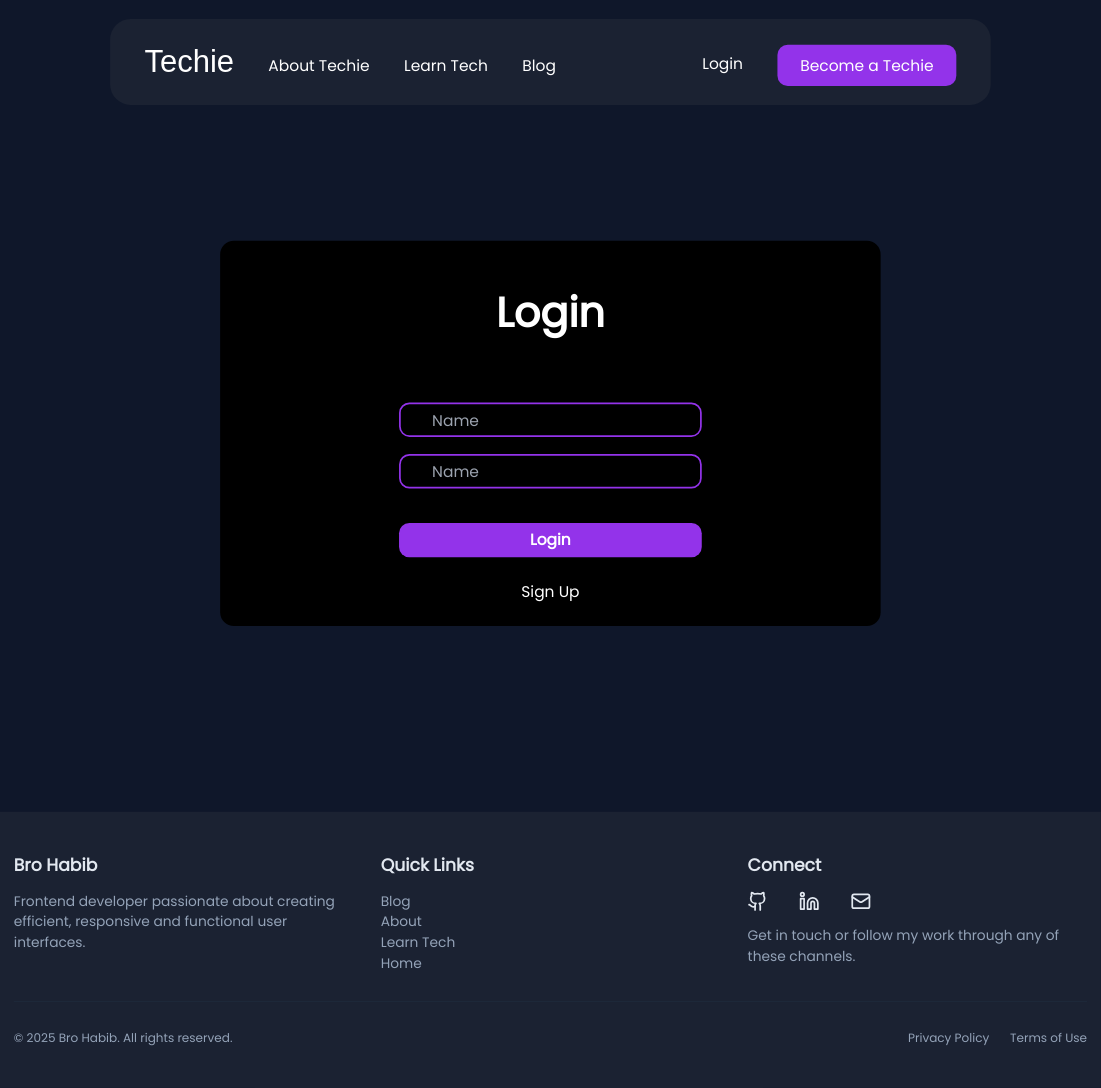
Repository: asadullah48/data-fetch
Page: /login
The author's editor kept a copy of each file at every save. The page is drawn from the files as they stood at one save, then again after the next save.
The browser window is 1280 px wide. The pictures show the whole page, at 86% of full size.
Some web fonts or font styles are not loaded; a fallback is used. The project was rebuilt for these pictures with package versions that can differ from the ones it lists, and the page was loaded fresh each time. The framework's server and built-in components were replaced by stand-ins that run in the browser. Also part of the build but not shown: next.config.mjs.

Above is the page before, as saved 2025-01-15 12:55:27.

### src/app/layout.tsx
import type { Metadata } from "next";
import localFont from "next/font/local";
import "./globals.css";
import Navbar from "@/components/Navbar";
import { Poppins } from "next/font/google"
import Footer from "@/components/Footer";


const poppins = Poppins({
  subsets: ['latin'],
  weight: '400'
})

const geistSans = localFont({
  src: "./fonts/GeistVF.woff",
  variable: "--font-geist-sans",
  weight: "100 900",
});
const geistMono = localFont({
  src: "./fonts/GeistMonoVF.woff",
  variable: "--font-geist-mono",
  weight: "100 900",
});

export const metadata: Metadata = {
  title: "Data Fetching",
  description: "Data Fetching in a CSR and SSR",
};

export default function RootLayout({
  children,
}: Readonly<{
  children: React.ReactNode;
}>) {
  return (
    <html lang="en">
      <body
        className={`${geistSans.variable} ${geistMono.variable} ${poppins.className} bg-[#0f172a] text-white antialiased overflow-x-hidden`}
      >
        <Navbar />
        {children}
        <Footer/>
      </body>
    </html>
  );
}

### src/app/login/page.tsx
import Link from "next/link";

export default function LoginPage() {
    return (
        <div className="w-screen h-screen flex items-center justify-center  text-white ">
            <div className="flex flex-col justify-center items-center w-[300px]
            min-[600px]:w-[60%]  bg-black p-5 rounded-2xl">

                <h1 className="text-5xl text-white font-extrabold mt-10 mb-20">Login</h1>
                <form className="w-full flex flex-col justify-center items-center">
                    {/* inputs */}
                    <div className="w-full flex flex-col justify-center items-center gap-5">
                        <input id="name" type="text" name="name" placeholder="Name" className="outline-none bg-transparent w-[85%] md:w-[352px] h-[40px] border-[2px] border-PrimaryPurple rounded-xl text-white text-lg pl-[5%]" />

                        <input id="name" type="text" name="name" placeholder="Name" className="outline-none bg-transparent w-[85%] md:w-[352px] h-[40px] border-[2px] border-PrimaryPurple rounded-xl text-white text-lg pl-[5%]" />
                    </div>

                    {/* buttons */}
                    <div className="w-full flex flex-col justify-center items-center gap-5 mt-10">
                        <button type="submit" className="w-[90%] md:w-[352px] h-[40px] bg-PrimaryPurple text-white  md:text-lg font-bold rounded-xl">
                            Login
                        </button>

                        <Link href={"/signup"} className="w-[90%] md:w-[352px] ">
                            <button className="w-full  h-[40px] bg-StrongBlue text-white text-sm md:text-lg  rounded-xl">
                                Sign Up
                            </button>
                        </Link>
                    </div>
                </form>
            </div>
        </div>
    )
}

### src/app/globals.css
@tailwind base;
@tailwind components;
@tailwind utilities;

body {
  font-family: Arial, Helvetica, sans-serif;
}

@layer utilities {
  .text-balance {
    text-wrap: balance;
  }
}

@layer base {
  :root {
    --background: 0 0% 100%;
    --foreground: 20 14.3% 4.1%;
    --card: 0 0% 100%;
    --card-foreground: 20 14.3% 4.1%;
    --popover: 0 0% 100%;
    --popover-foreground: 20 14.3% 4.1%;
    --primary: 24 9.8% 10%;
    --primary-foreground: 60 9.1% 97.8%;
    --secondary: 60 4.8% 95.9%;
    --secondary-foreground: 24 9.8% 10%;
    --muted: 60 4.8% 95.9%;
    --muted-foreground: 25 5.3% 44.7%;
    --accent: 60 4.8% 95.9%;
    --accent-foreground: 24 9.8% 10%;
    --destructive: 0 84.2% 60.2%;
    --destructive-foreground: 60 9.1% 97.8%;
    --border: 20 5.9% 90%;
    --input: 20 5.9% 90%;
    --ring: 20 14.3% 4.1%;
    --chart-1: 12 76% 61%;
    --chart-2: 173 58% 39%;
    --chart-3: 197 37% 24%;
    --chart-4: 43 74% 66%;
    --chart-5: 27 87% 67%;
    --radius: 0.5rem;
  }
  .dark {
    --background: 20 14.3% 4.1%;
    --foreground: 60 9.1% 97.8%;
    --card: 20 14.3% 4.1%;
    --card-foreground: 60 9.1% 97.8%;
    --popover: 20 14.3% 4.1%;
    --popover-foreground: 60 9.1% 97.8%;
    --primary: 60 9.1% 97.8%;
    --primary-foreground: 24 9.8% 10%;
    --secondary: 12 6.5% 15.1%;
    --secondary-foreground: 60 9.1% 97.8%;
    --muted: 12 6.5% 15.1%;
    --muted-foreground: 24 5.4% 63.9%;
    --accent: 12 6.5% 15.1%;
    --accent-foreground: 60 9.1% 97.8%;
    --destructive: 0 62.8% 30.6%;
    --destructive-foreground: 60 9.1% 97.8%;
    --border: 12 6.5% 15.1%;
    --input: 12 6.5% 15.1%;
    --ring: 24 5.7% 82.9%;
    --chart-1: 220 70% 50%;
    --chart-2: 160 60% 45%;
    --chart-3: 30 80% 55%;
    --chart-4: 280 65% 60%;
    --chart-5: 340 75% 55%;
  }
}

@layer base {
  * {
    @apply border-border;
  }
  body {
    @apply bg-background text-foreground;
  }
}

### src/components/Navbar.tsx
"use client"
import { useState } from 'react';
import { Agbalumo } from "next/font/google"
import Link from "next/link"

const agbalumo = Agbalumo({
    subsets: ['latin'],
    weight: '400'
})


export default function Navbar() {
    const [isMenuOpen, setIsMenuOpen] = useState(false);

    const toggleMenu = () => setIsMenuOpen(!isMenuOpen);

    return (
        <div className="h-[144px] w-screen flex justify-center items-center">
            <div className="h-[100px] w-full relative md:w-[80%] md:rounded-3xl bg-[#1b2232] text-white flex justify-between items-center px-10">
                {/* Logo and Links */}
                <div className="flex justify-center items-center gap-10">
                <Link href={"/"}>
                    <h1 className={`${agbalumo.className} text-4xl`}>Techie</h1>
                </Link>

                    <div className="hidden lg:flex gap-10">
                        <Link href={"/about"} className="text-lg mt-2">About Techie</Link>
                        <Link href={"/learnTech"} className="text-lg mt-2">Learn Tech</Link>
                        <Link href={"/blog"} className="text-lg mt-2">Blog</Link>
                    </div>
                </div>

                {/* Navbar Buttons */}
                <div className="hidden md:flex gap-10">
                    <Link href={"/login"} className="text-lg mt-4">Login</Link>
                    <Link href={"/signup"} className="text-lg mt-2 h-12 bg-PrimaryPurple flex justify-center items-center w-52 rounded-xl">Become a Techie</Link>
                </div>

                {/* Hamburger Menu for Mobile */}
                <div className="lg:hidden flex items-center gap-4">
                    {/* <h1 className="font-bold text-4xl">Techie</h1> */}
                    <button onClick={toggleMenu} className="text-white text-2xl">
                        {/* Hamburger Icon */}
                        {isMenuOpen ? 'X' : '☰'}
                    </button>
                </div>
            </div>

            {/* Dropdown Menu for Mobile */}
            {isMenuOpen && (
                <div className='z-50 h-screen fixed top-1/4 w-full flex justify-center items-center bg-[#1b2232]/70 backdrop-blur-md '>
                <div className=" lg:hidden  text-white  text-center py-4 flex flex-col justify-center items-start gap-5">
                    <Link href={"/about"} onClick={()=> setIsMenuOpen(false)} className="block text-lg mt-2">About Techie</Link>
                    <Link href={"/learnTech"} onClick={()=> setIsMenuOpen(false)} className="block text-lg mt-2">Learn Tech</Link>
                    <Link href={"/blog"} onClick={()=> setIsMenuOpen(false)} className="block text-lg mt-2">Blog</Link>
                    <Link href={"/login"} onClick={()=> setIsMenuOpen(false)} className="block text-lg mt-2">Login</Link>
                    <Link href={"/signup"} onClick={()=> setIsMenuOpen(false)} className=" text-lg mt-2 h-12 bg-PrimaryPurple flex justify-start pl-2 items-center w-52 rounded-xl">Become a Techie</Link>
                </div>
                </div>
            )}
        </div>
    )
}

### src/components/Footer.tsx
import React from 'react'
import { Github,  Linkedin, Mail } from 'lucide-react';
import Link from 'next/link';
export default function Footer() {
  const currentYear = new Date().getFullYear();

  return (
    <div className="bg-[#1b2232] mt-20 text-slate-200 py-12 ">
      <div className="container mx-auto px-4">
        {/* Main Footer Content */}
        <div className="grid grid-cols-1 md:grid-cols-3 gap-8 mb-8">
          {/* About Section */}
          <div>
            <h3 className="text-xl font-semibold mb-4">Bro Habib</h3>
            <p className="text-slate-400 mb-4">
              Frontend developer passionate about creating efficient, responsive and functional user interfaces.
            </p>
          </div>

          {/* Quick Links */}
          <div>
            <h3 className="text-xl font-semibold mb-4">Quick Links</h3>
            <ul className="space-y-2 text-slate-400">
              <Link href="/blog" className="hover:text-slate-200 transition-colors"><li>Blog</li>
              </Link>
              <Link href="/about" className="hover:text-slate-200 transition-colors"><li>About</li>
              </Link>
              <Link href="/learnTech" className="hover:text-slate-200 transition-colors"><li>Learn Tech</li>
              </Link>
              <Link href="/" className="hover:text-slate-200 transition-colors"><li>Home</li>
              </Link>
            </ul>
          </div>

          {/* Connect Section */}
          <div>
            <h3 className="text-xl font-semibold mb-4">Connect</h3>
            <div className="flex space-x-4 mb-4 gap-5">
              <Link href="https://github.com/Habib-bhai" className="hover:text-slate-200 transition-colors">
                <Github size={24} />
              </Link>

              <Link href="https://www.linkedin.com/in/habib007ab92282/" className="hover:text-slate-200 transition-colors">
                <Linkedin size={24} />
              </Link>

              <Link href="mailto:habibahmed918131@gmail.com" className="hover:text-slate-200 transition-colors">
                <Mail size={24} />
              </Link>

            </div>
            <p className="text-slate-400">
              Get in touch or follow my work through any of these channels.
            </p>
          </div>
        </div>

        {/* Bottom Bar */}
        <div className="pt-8 border-t border-slate-800">
          <div className="flex flex-col md:flex-row justify-between items-center space-y-4 md:space-y-0">
            <p className="text-slate-400 text-sm">
              © {currentYear} Bro Habib. All rights reserved.
            </p>
            <div className="flex space-x-6 text-sm text-slate-400">
              <a href="/privacy" className="hover:text-slate-200 transition-colors">Privacy Policy</a>
              <a href="/terms" className="hover:text-slate-200 transition-colors">Terms of Use</a>
            </div>
          </div>
        </div>
      </div>
    </div>
  )
}

### tailwind.config.ts
import type { Config } from "tailwindcss";

const config: Config = {
	darkMode: ["class"],
	content: [
		"./src/pages/**/*.{js,ts,jsx,tsx,mdx}",
		"./src/components/**/*.{js,ts,jsx,tsx,mdx}",
		"./src/app/**/*.{js,ts,jsx,tsx,mdx}",
	],
	theme: {
		extend: {

			animation: {
				'spin-slow': 'spin 3s linear infinite',
				orbit: 'orbit 1.5s linear infinite',
				// dash: 'dash 2s ease-in-out infinite',
				float: 'float 6s ease-in-out infinite',
				wave: 'wave 8s linear infinite',
				bounce: 'bounce 2s infinite',
			},
			keyframes: {
				orbit: {
					'0%': { transform: 'rotate(0deg) translateX(30px) rotate(0deg)' },
					'100%': { transform: 'rotate(360deg) translateX(30px) rotate(-360deg)' },
				},
				dash: {
					'0%': { strokeDashoffset: '880px' },
					'100%': { strokeDashoffset: '0px' },
				},
				float: {
					'0%, 100%': { transform: 'translateY(-10px)' },
					'50%': { transform: 'translateY(10px)' },
				  },
				  wave: {
					'0%': { transform: 'translateX(100%)' },
					'100%': { transform: 'translateX(-100%)' },
				  },
			},
			colors: {
				background: 'hsl(var(--background))',
				PrimaryPurple: '#9333EA',
				foreground: 'hsl(var(--foreground))',
				card: {
					DEFAULT: 'hsl(var(--card))',
					foreground: 'hsl(var(--card-foreground))'
				},
				popover: {
					DEFAULT: 'hsl(var(--popover))',
					foreground: 'hsl(var(--popover-foreground))'
				},
				primary: {
					DEFAULT: 'hsl(var(--primary))',
					foreground: 'hsl(var(--primary-foreground))'
				},
				secondary: {
					DEFAULT: 'hsl(var(--secondary))',
					foreground: 'hsl(var(--secondary-foreground))'
				},
				muted: {
					DEFAULT: 'hsl(var(--muted))',
					foreground: 'hsl(var(--muted-foreground))'
				},
				accent: {
					DEFAULT: 'hsl(var(--accent))',
					foreground: 'hsl(var(--accent-foreground))'
				},
				destructive: {
					DEFAULT: 'hsl(var(--destructive))',
					foreground: 'hsl(var(--destructive-foreground))'
				},
				border: 'hsl(var(--border))',
				input: 'hsl(var(--input))',
				ring: 'hsl(var(--ring))',
				chart: {
					'1': 'hsl(var(--chart-1))',
					'2': 'hsl(var(--chart-2))',
					'3': 'hsl(var(--chart-3))',
					'4': 'hsl(var(--chart-4))',
					'5': 'hsl(var(--chart-5))'
				}
			},
			borderRadius: {
				lg: 'var(--radius)',
				md: 'calc(var(--radius) - 2px)',
				sm: 'calc(var(--radius) - 4px)'
			}
		}
	},
	plugins: [require("tailwindcss-animate")],
};
export default config;

After the next save:
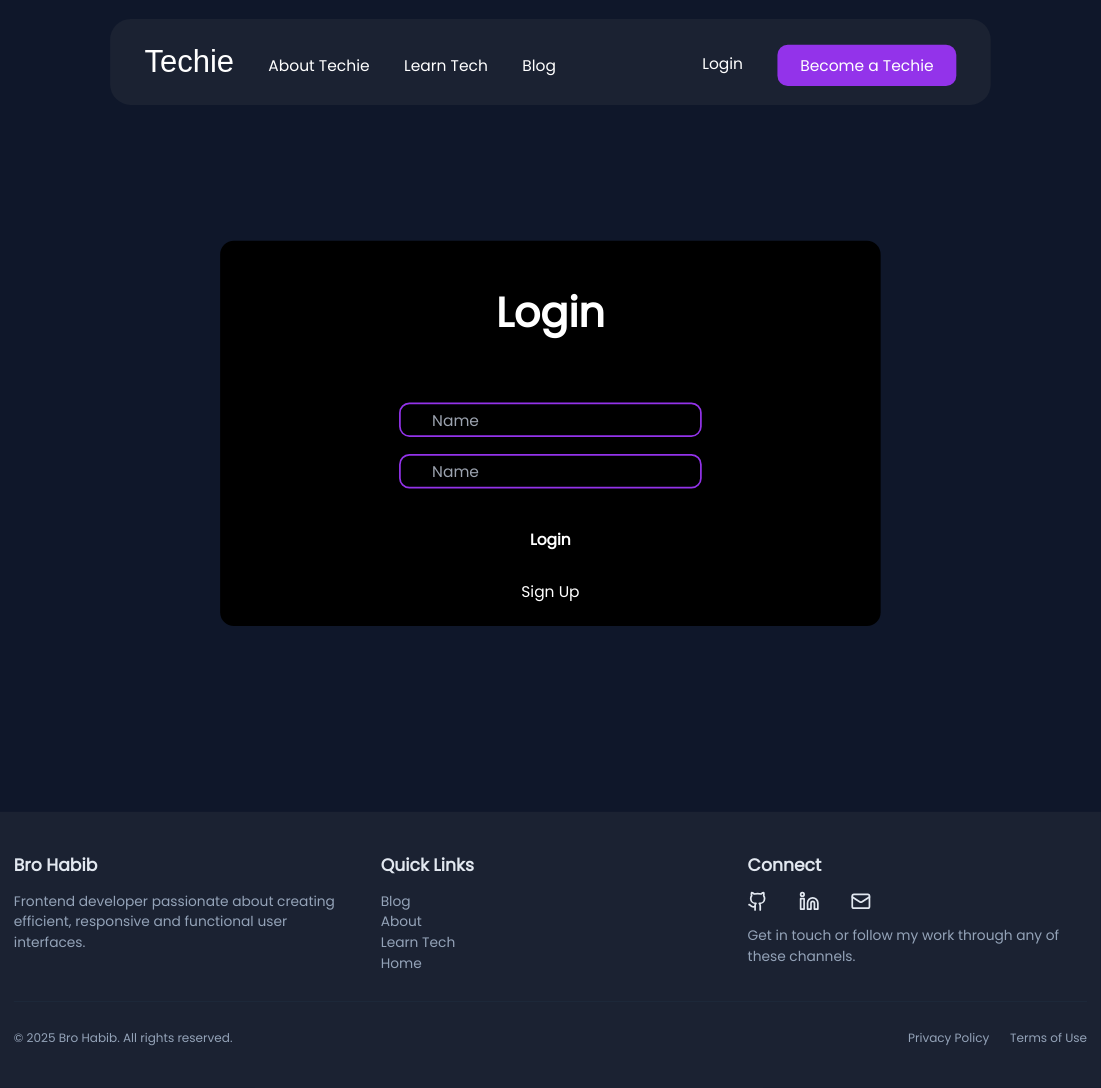
Saved 6 s later.
--- a/src/app/login/page.tsx
+++ b/src/app/login/page.tsx
@@ -17,7 +17,7 @@ export default function LoginPage() {
 
                     {/* buttons */}
                     <div className="w-full flex flex-col justify-center items-center gap-5 mt-10">
-                        <button type="submit" className="w-[90%] md:w-[352px] h-[40px] bg-PrimaryPurple text-white  md:text-lg font-bold rounded-xl">
+                        <button type="submit" className="w-[90%] md:w-[352px] h-[40px] bg- text-white  md:text-lg font-bold rounded-xl">
                             Login
                         </button>
 
